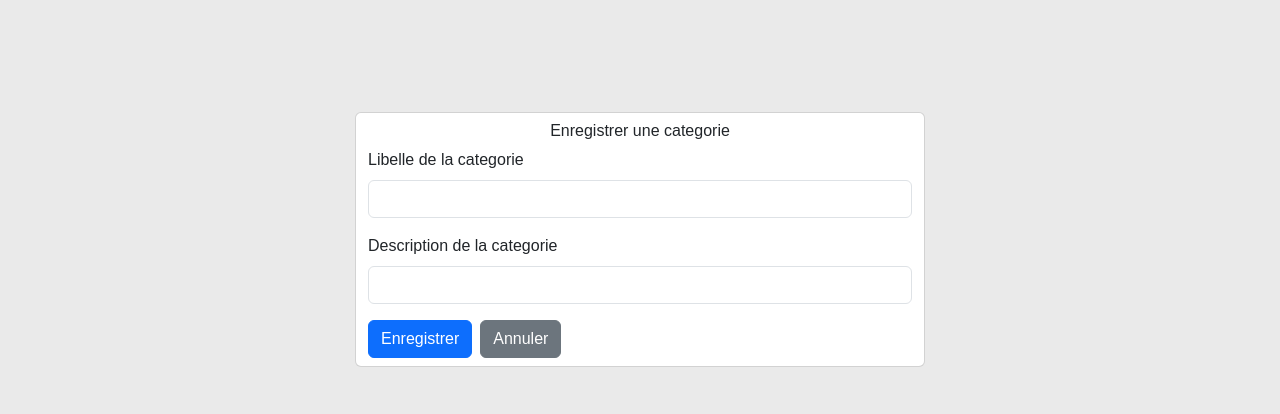
Repository: abdoulkarim20/model-gestion-produit-java-react
Page: /create-categorie
An editor plug-in stored every save of this project. The page is shown before and after a run of saves, followed by the edit.
The browser window is 1280 px wide. The pictures show the whole page.
The project was rebuilt for these pictures with package versions that can differ from the ones it lists, and the page was loaded fresh each time. Also part of the build but not shown: vite.config.ts, src/components/categories/CategorieTable.tsx.

Above is the page before, as saved 2024-07-20 03:09:46.

After the next 2 saves:
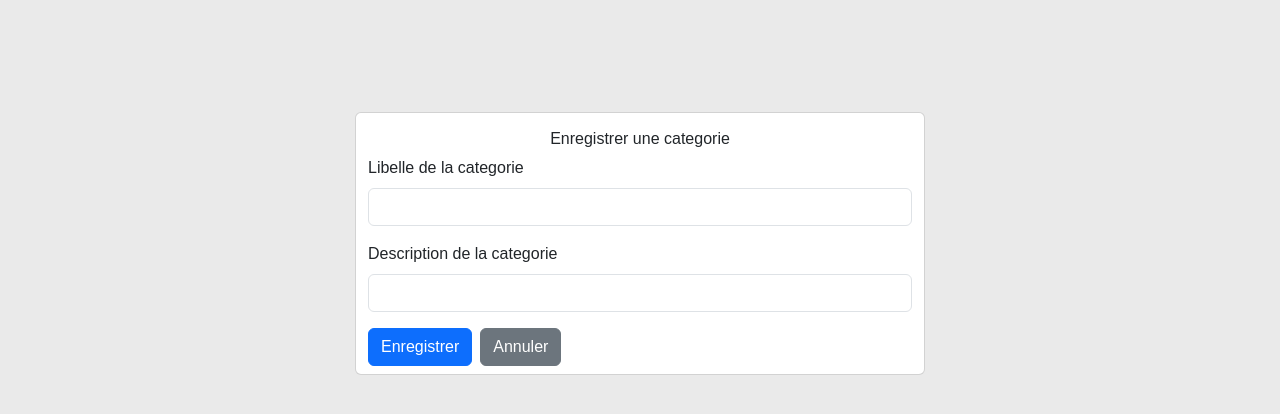
The 2 saves are shown as one change because they came seconds apart.
The last was saved 9 s later.
--- a/src/components/categories/CategorieForm.tsx
+++ b/src/components/categories/CategorieForm.tsx
@@ -32,7 +32,7 @@ export default function CategorieForm() {
             <div className="container">
                 <div className="row">
                     <div className="col-md-6 offset-md-3 card py-2">
-                        <h6 className="text-center">Enregistrer une categorie</h6>
+                        <h6 className="text-center my-2">Enregistrer une categorie</h6>
                         <form className="form-style">
                             <div className="mb-3">
                                 <label htmlFor="exampleInputEmail1" className="form-label">Libelle de la categorie</label>
